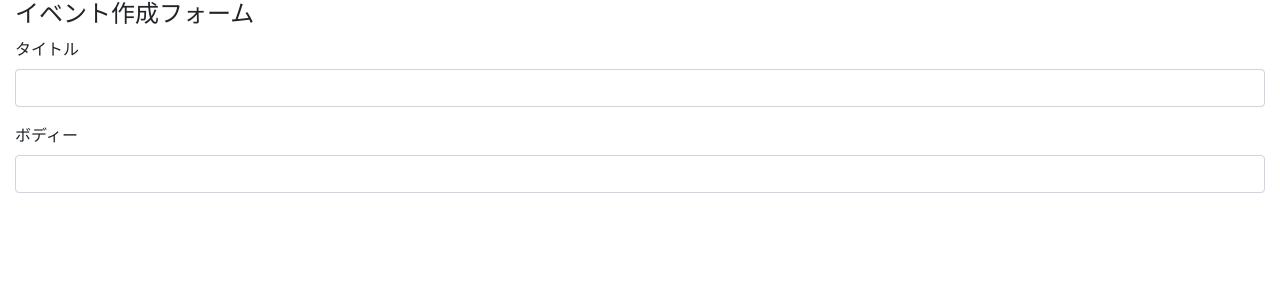
Repository: yujiuehara/my-app
Page: /
An editor plug-in stored every save of this project. The page is shown before and after the next save, followed by the edit.
The browser window is 1280 px wide. The pictures show the whole page.
The project was rebuilt for these pictures with package versions that can differ from the ones it lists, and the page was loaded fresh each time.

Above is the page before, as saved 2020-05-04 02:09:31.

### src/components/App.js
import React from 'react';
import 'bootstrap/dist/css/bootstrap.min.css'

const App = () => {
  return (
    <div className="container-fluid">
      <h4>イベント作成フォーム</h4>
      <form>
        <div className="form-group">
          <label htmlFor="formEventTitle">タイトル</label>
          <input className="form-control" id="formEventTitle"/>
        </div>

        <div className="form-group">
          <label htmlFor="formEventBody">ボディー</label>
          <input className="form-control" id="formEventBody"/>
        </div>
      </form>
    </div>
  );
}

export default App;

Loaded but not shown: public/index.html (common file); src/index.js (common file); src/index.css (common file); src/serviceWorker.js (common file)

After the next save:
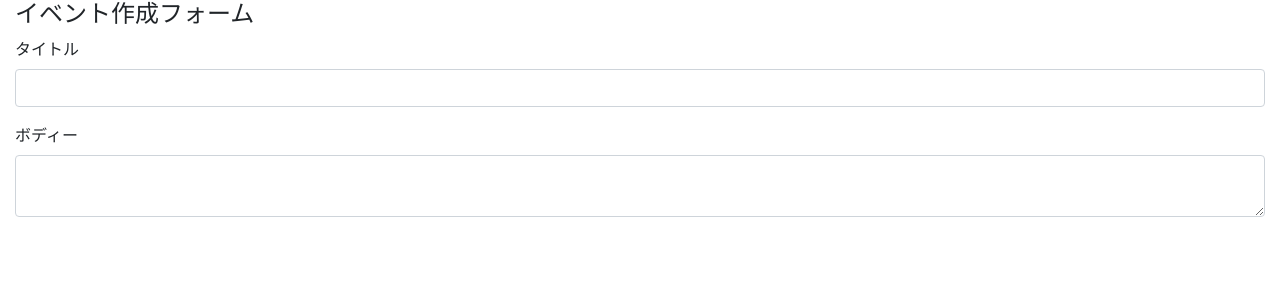
Saved 26 s later.
--- a/src/components/App.js
+++ b/src/components/App.js
@@ -13,7 +13,7 @@ const App = () => {
 
         <div className="form-group">
           <label htmlFor="formEventBody">ボディー</label>
-          <input className="form-control" id="formEventBody"/>
+          <textarea className="form-control" id="formEventBody"/>
         </div>
       </form>
     </div>
